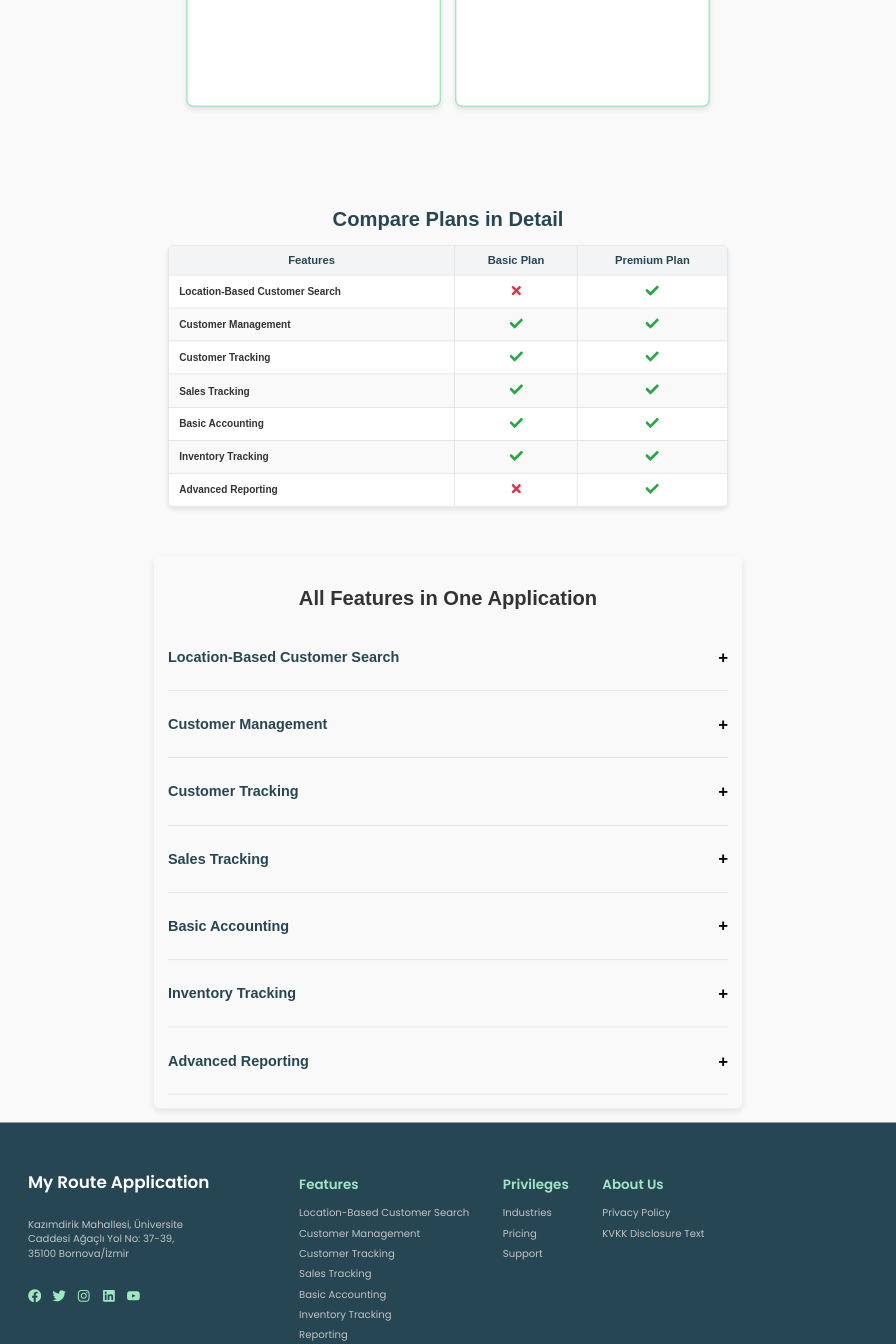
Repository: senolinanyasar/myrouteapplication
Page: /pricing
An editor plug-in stored every save of this project. The page is shown before and after the next save, followed by the edit.
The browser window is 1280 px wide. The pictures show the part of the page from y = 982 to 2902 px (the page is 3018 px tall before and 2998 px after), at 70% of full size.
The project was rebuilt for these pictures with package versions that can differ from the ones it lists, and the page was loaded fresh each time. Also part of the build but not shown: vite.config.js, src/components/HeroSection.css, src/components/HeroSection.js, src/components/FeaturesSection.css, src/components/FeaturesSection.js, src/components/PricingSection.css, src/components/PricingSection.js, src/components/SupportSection.css and 4 more.

Above is the page before, as saved 2024-11-17 19:44:07.

After the next save:
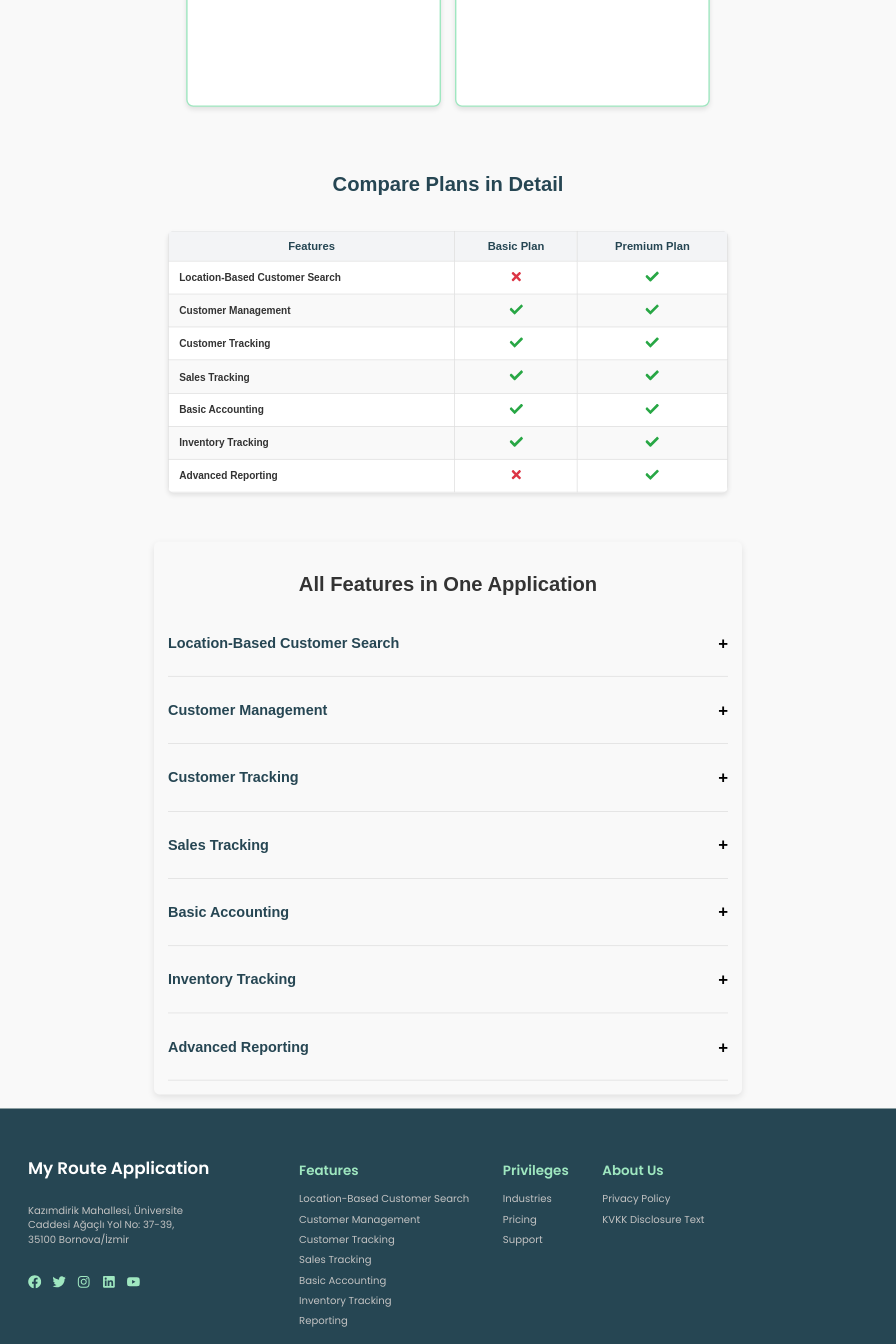
Saved 37 s later.
--- a/src/components/PricingPage.css
+++ b/src/components/PricingPage.css
@@ -133,7 +133,7 @@
     padding: 20px;
     background-color: #f9f9f9;
     text-align: center;
-    margin-top: 50px;
+
   }
 
   .comparison-table-container h2 {
@@ -151,6 +151,7 @@
     border-radius: 8px;
     overflow: hidden;
     box-shadow: 0 4px 8px rgba(0, 0, 0, 0.1);
+    margin-top: 50px;
   }
 
   .comparison-table th,
